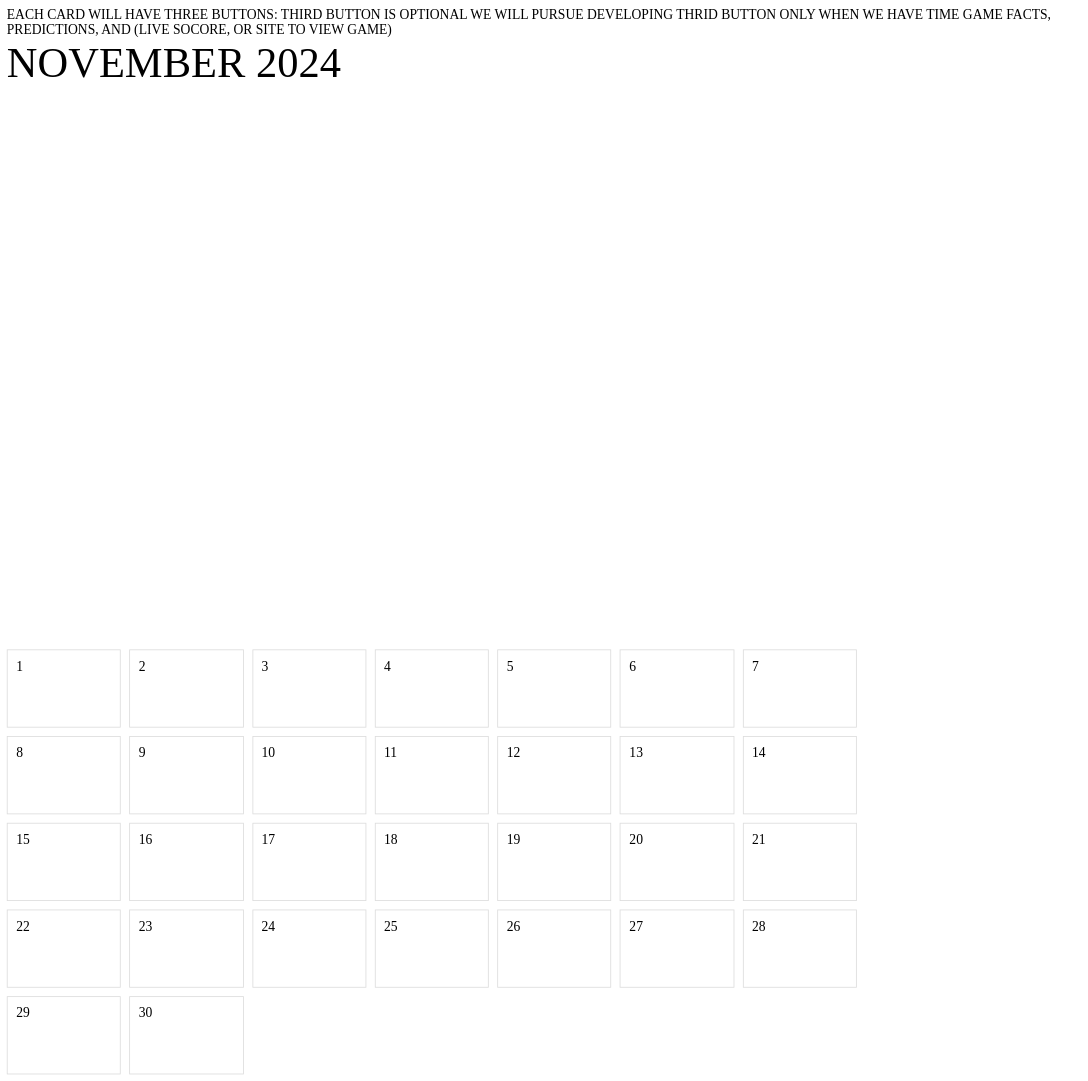
Repository: bredernd/Sports-Analytics
Page: http://localhost/CPS298_Nba/calendar
An editor plug-in stored every save of this project. The page is shown before and after the next save, followed by the edit.
The browser window is 1280 px wide. The pictures show the whole page, at 85% of full size.
The page is served by Tomcat 9.

Above is the page before, as saved 2024-11-06 18:59:23.

After the next save:
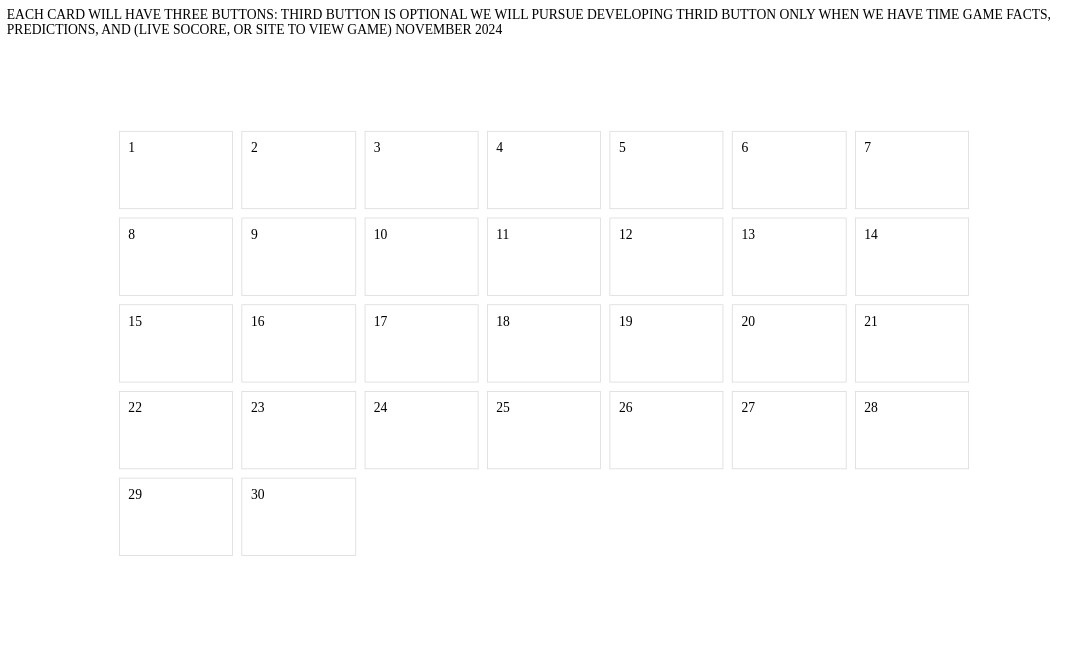
Saved 3 min 25 s later.
--- a/NBAProj/CPS298_Nba/src/main/webapp/WEB-INF/Views/calendar.jsp
+++ b/NBAProj/CPS298_Nba/src/main/webapp/WEB-INF/Views/calendar.jsp
@@ -8,6 +8,7 @@
 
 <style>
 	.container {
+	display: flex;
     justify-content: center;
     align-items: center;
     min-height: 100vh;
@@ -40,11 +41,8 @@ EACH CARD WILL HAVE THREE BUTTONS: THIRD BUTTON IS OPTIONAL
 WE WILL PURSUE DEVELOPING THRID BUTTON ONLY WHEN WE HAVE TIME
 GAME FACTS, PREDICTIONS, AND (LIVE SOCORE, OR SITE TO VIEW GAME)
 
-
-	<div class="container">
-		<div class="container">
-	    	<div class="calTitle">${month} ${year}</div>
-	    </div>
+	<label for="calCont">${month} ${year}</label>
+	<div class="container" value="calCont">
     	<div class="calendar">
         	${calendarHtml}
     	</div>
